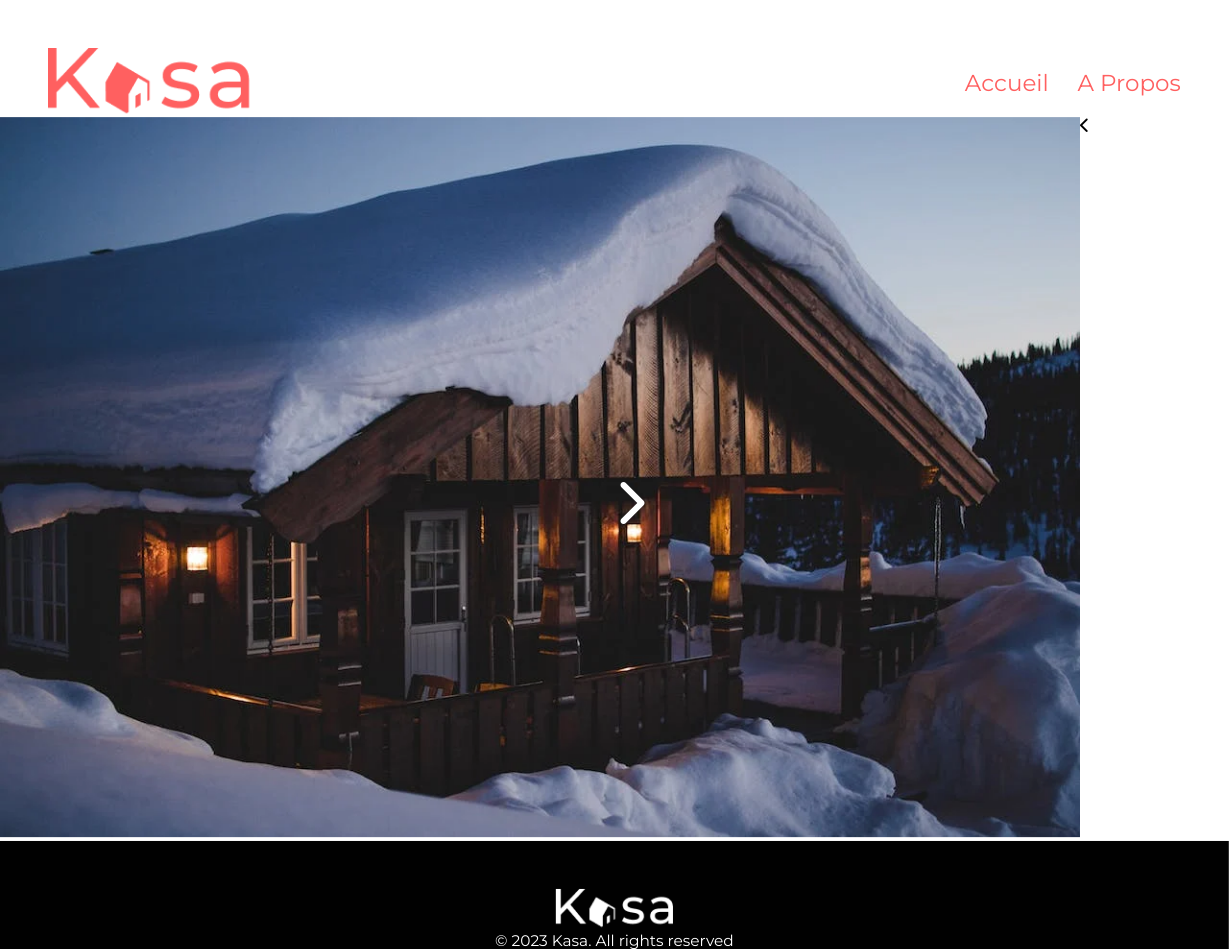
Repository: Ascaris29/Kasa_oc
Page: /essai (app in kasa_project/)
The author's editor kept a copy of each file at every save. The page is drawn from the files as they stood at one save, then again after a run of saves.
The browser window is 1280 px wide. The pictures show the whole page, at 96% of full size.
Some web libraries are served in a nearby version. The project was rebuilt for these pictures with package versions that can differ from the ones it lists, and the page was loaded fresh each time. Also part of the build but not shown: kasa_project/src/pages/homepage/Homepage.module.scss, kasa_project/src/pages/homepage/components/CardLogement.module.scss, kasa_project/src/pages/homepage/components/CardLogement.js, kasa_project/src/pages/homepage/Homepage.js, kasa_project/src/pages/404/404.module.scss, kasa_project/src/pages/404/404.js, kasa_project/src/pages/a_propos/APropos.module.scss, kasa_project/src/pages/a_propos/components/CardDescription.module.scss and 6 more.

Above is the page before, as saved 2023-03-16 16:02:07.

### kasa_project/public/index.html
<!DOCTYPE html>
<html lang="fr">
  <head>
    <meta charset="utf-8" />
    <link rel="icon" href="%PUBLIC_URL%/favicon.ico" />
    <meta name="viewport" content="width=device-width, initial-scale=1" />
    <meta name="theme-color" content="#000000" />
    <meta
      name="description"
      content="Web site created using create-react-app"
    />
    <link rel="apple-touch-icon" href="%PUBLIC_URL%/logo192.png" />
    <!--
      manifest.json provides metadata used when your web app is installed on a
      user's mobile device or desktop. See https://developers.google.com/web/fundamentals/web-app-manifest/
    -->

    <!----------------------------------------------------------- Fonts ----------------------------------------------------------------------->
    <link rel="preconnect" href="https://fonts.googleapis.com">
    <link rel="preconnect" href="https://fonts.gstatic.com" crossorigin>
    <link href="https://fonts.googleapis.com/css2?family=Montserrat:wght@400;500;600&family=Roboto&display=swap" rel="stylesheet">
    <!----------------------------------------------------------- Icons ----------------------------------------------------------------------->
    <script src="https://kit.fontawesome.com/e65359aae8.js" crossorigin="anonymous"></script>
    <!--
      Notice the use of %PUBLIC_URL% in the tags above.
      It will be replaced with the URL of the `public` folder during the build.
      Only files inside the `public` folder can be referenced from the HTML.

      Unlike "/favicon.ico" or "favicon.ico", "%PUBLIC_URL%/favicon.ico" will
      work correctly both with client-side routing and a non-root public URL.
      Learn how to configure a non-root public URL by running `npm run build`.
    -->
    <title>Kasa</title>
  </head>
  <body>
    <noscript>You need to enable JavaScript to run this app.</noscript>
    <div id="root"></div>
    <!--
      This HTML file is a template.
      If you open it directly in the browser, you will see an empty page.

      You can add webfonts, meta tags, or analytics to this file.
      The build step will place the bundled scripts into the <body> tag.

      To begin the development, run `npm start` or `yarn start`.
      To create a production bundle, use `npm run build` or `yarn build`.
    -->
  </body>
</html>

### kasa_project/src/index.js
import React from 'react';
import ReactDOM from 'react-dom/client';
import App from './App';
import reportWebVitals from './reportWebVitals';
import './assets/styles/index.scss';
import { RouterProvider } from 'react-router-dom';
import { router } from "./router";

const root = ReactDOM.createRoot(document.getElementById('root'));
root.render(
  <React.StrictMode>
    <RouterProvider router={router} />
  </React.StrictMode>
);

// If you want to start measuring performance in your app, pass a function
// to log results (for example: reportWebVitals(console.log))
// or send to an analytics endpoint. Learn more: https://bit.ly/CRA-vitals
reportWebVitals();

### kasa_project/src/App.js
import Header from "./components/header/Header";
import Footer from "./components/footer/Footer";
import style from "./App.module.scss";
import Homepage from "./pages/homepage/Homepage";
import { Outlet } from "react-router-dom";

function App() {
  return (
      <div className={`${style.app} d-flex flex-column`}>
        <Header />
          <Outlet />
        <Footer />
      </div>
  );
}

export default App;

### kasa_project/src/assets/styles/index.scss
@use './base';
@use './flex';
@use './mixins';
@use './utils';
@use './variables';

### kasa_project/src/router.js
import { createBrowserRouter } from 'react-router-dom';
import App from './App';
import Error404 from './pages/404/404';
import APropos from './pages/a_propos/APropos';
import Homepage from './pages/homepage/Homepage';
import Caroussel from './pages/logement/components/caroussel/Caroussel';
import FicheLogement from './pages/logement/FicheLogement';


export const router = createBrowserRouter([
    {
        path : "/",
        element : <App />,
        errorElement: <Error404 />,
        children : [
            {
                path : "/",
                element : <Homepage />
            } ,
            {
                path : "/homepage",
                element : <Homepage />
            },
            {
                path: "/apropos",
                element : <APropos />
            },
            {
                path: "/logement/:id",
                element : <FicheLogement />
            },
            {
                path: "/essai",
                element: <Caroussel />
            }
        ],
    }
])

### kasa_project/src/components/header/Header.js
import image from "../../assets/images/logo_header.png";
import style from "./Header.module.scss";
import { Link, NavLink } from "react-router-dom";

export default function Header(){
    return (
        <header className={`${style.header} d-flex justify-between align-center`}>
            <Link className={`${style.headerIcon}`} to="/homepage">
                <img src={image} alt="logo du site Kasa representant une maison"/>
            </Link>
            <div className={`${style.headerNav}`}>
                <ul className="d-flex">
                    <NavLink
                    className={`${style.headerItems} m-r-30`}
                    to="/homepage"
                    end
                    >
                    Accueil
                    </NavLink>
                    <NavLink
                    className={`${style.headerItems}`}
                    to="/apropos"
                    >
                    A Propos
                    </NavLink>
                </ul>
            </div>
        </header>
    )
}

### kasa_project/src/components/footer/Footer.js
import style from "./Footer.module.scss";
import image from "../../assets/images/logo_footer.png";

export default function Footer(){
    return (
        <footer className={`${style.footer} d-flex p-t-50 flex-column justify-center align-center`}>
            <div className={`${style.footerLogo} `}>
                <img src={image} alt="" />
            </div>
            <div className="footerText">
                <p>© 2023 Kasa. All rights reserved</p>
            </div>
        </footer>
    )
}

### kasa_project/src/App.module.scss
.app{
    min-height:100vh;
}

### kasa_project/src/assets/styles/_base.scss

*{
    box-sizing: border-box;
}

body{
    margin:0;
    padding:0;
    font-family: var(--montserrat);

}

p{
    margin:0;
}

li{
    list-style-type: none;

}

.link{
    color:var(--primary);
    font-size:18px;
}

.active{
    text-decoration:underline;
}

### kasa_project/src/assets/styles/_flex.scss
.d-flex{
    display: flex;
}

.flex-column{
    flex-direction : column;
}

.flex-row{
    flex-direction: row;
}

.justify-center{
    justify-content: center;
}

.align-center{
    align-items: center;
}

.flex-fill{
    flex : 1 1 auto;
}

.justify-between{
    justify-content: space-between;
}

### kasa_project/src/assets/styles/_mixins.scss
@mixin xs{
    @media (max-width:576px){
        @content;
    }
}

@mixin sm{
    @media (min-width : 577px) and (max-width : 768px){
        @content;
    }
}

@mixin sm-lt{
    @media (max-width : 768px){
        @content;
    }
}

@mixin md{
    @media (min-width : 769px) and (max-width : 992px){
        @content;
    }
}

@mixin md-lt{
    @media (max-width : 992px){
        @content;
    }
}

@mixin lg{
    @media (min-width : 993px) and (max-width : 1200px){
        @content;
    }
}

@mixin lg-lt{
    @media (max-width : 1200px){
        @content;
    }
}

@mixin xl{
    @media (min-width : 1201px){
        @content;
    }
}

### kasa_project/src/assets/styles/_utils.scss
/*------------------------------------ General ------------------------------*/
.container{
    max-width:1200px;
    margin: auto;
    width:100%;
}
.card{

}
.calc{
    position:fixed;
    top:0;
    left:0;
    width:100%;
    height:100vh;
}

/*------------------------------------ Padding ------------------------------*/
.p-5{
    padding: 5px;
}
.p-10{
    padding:10px;
}
.p-20{
   padding:20px;
}
.p-30{
    padding:30px;
}
.p-40{
    padding:40px;
}
.p-50{
    padding:50px;
}

.p-b-5{
   padding-bottom: 5px;
}
.p-b-10{
   padding-bottom: 10px;
}
.p-b-20{
    padding-bottom: 20px;
}
.p-b-30{
    padding-bottom: 30px;
}
.p-b-40{
    padding-bottom: 40px;
}
.p-b-50{
    padding-bottom: 50px;
}


.p-t-5{
    padding-top: 5px;
}
.p-t-10{
    padding-top: 10px;
}
.p-t-20{
     padding-top: 20px;
}
.p-t-30{
     padding-top: 30px;
}
.p-t-40{
    padding-top: 40px;
}
.p-t-50{
    padding-top: 50px;
}


.p-l-5{
    padding-left: 5px;
}
.p-l-10{
    padding-left: 10px;
}
.p-l-20{
     padding-left: 20px;
}
.p-l-30{
     padding-left: 30px;
}
.p-l-40{
    padding-left: 40px;
}
.p-l-50{
    padding-left: 50px;
}



.p-r-5{
    padding-right: 5px;
}
.p-r-10{
    padding-right: 10px;
}
.p-r-20{
     padding-right: 20px;
}
.p-r-30{
     padding-right: 30px;
}
.p-r-40{
    padding-right: 40px;
}
.p-r-50{
    padding-right: 50px;
}


/*------------------------------------------------ Margin -------------------------------------------*/

.m-auto{
    margin:auto;
}
.m-5{
    margin: 5px;
}
.m-10{
    margin:10px;
}
.m-20{
   margin:20px;
}
.m-30{
    margin:30px;
}
.m-40{
    margin:40px;
}
.m-50{
    margin:50px;
}



.m-b-5{
    margin-bottom: 5px;
}
.m-b-10{
    margin-bottom: 10px;
}
.m-b-20{
    margin-bottom: 20px;
}
.m-b-30{
    margin-bottom: 30px;
}
.m-b-40{
    margin-bottom: 40px;
}
.m-b-50{
    margin-bottom: 50px;
}



.m-t-5{
    margin-top: 5px;
}
.m-t-10{
    margin-top: 10px;
}
.m-t-20{
     margin-top: 20px;
}
.m-t-30{
     margin-top: 30px;
}
.m-t-40{
    margin-top: 40px;
}
.m-t-50{
    margin-top: 50px;
}




.m-l-5{
    margin-left: 5px;
}
.m-l-10{
    margin-left: 10px;
}
.m-l-20{
     margin-left: 20px;
}
.m-l-30{
     margin-left: 30px;
}
.m-l-40{
    margin-left: 40px;
}
.m-l-50{
    margin-left: 50px;
}




.m-r-5{
    margin-right: 5px;
}
.m-r-10{
    margin-right: 10px;
}
.m-r-20{
     margin-right: 20px;
}
.m-r-30{
     margin-right: 30px;
}
.m-r-40{
    margin-right: 40px;
}
.m-r-50{
    margin-right: 50px;
}

### kasa_project/src/assets/styles/_variables.scss

/*----------------------------------------------------------------------------Color-----------------------------------------------------------------*/

:root{
    --primary: #FF6060;
    --grey1:#F6F6F6;
    --grey2: #E3E3E3;
    --grey3:#C4C4C4;
    --black: #010101;
    /*----------------------------------------------------------------------------Font-----------------------------------------------------------------*/
    --montserrat : 'Montserrat', sans-serif;
    --radius:25px;
}

### kasa_project/src/pages/logement/components/caroussel/Caroussel.js
import { useState } from "react";
import style from "./Caroussel.module.scss";

import img1 from "../../../../assets/images/pexels-photo-950058.webp";
import img2 from "../../../../assets/images/pexels-photo-1013427.jpeg";
import img3 from "../../../../assets/images/pexels-photo-1612351.jpeg";

export default function Caroussel(){

    //importer les images de l'api
    const arrayImage = [
        img1,
        img2,
        img3
    ];

    const [index, setIndex] = useState(0);

    //console.log(arrayImage);
    function handleClickCarousselPrev(){
        if(index > 0 && index < arrayImage.length){
            let i = index - 1;
            setIndex(i);
        }else{
            setIndex(arrayImage.length -1);
        }
    }

    function handleClickCarousselAfter(){
        if(index < arrayImage.length){
            let i = index + 1;
            setIndex(i);
        };
    }

    //a voir avec julien
    if(index === arrayImage.length){
        setIndex(0)
    }

    return (
        <div className={`${style.caroussel}`}>
            { arrayImage.map((item, i) =>
                i === index && ( <img src={item} alt="" className={`${style.carousselImage}`}/> )
            )}
            <i className={`${style.chevronLeft} fa-solid fa-chevron-left`} onClick={handleClickCarousselPrev}></i>
            <i className={`${style.chevronRight} fa-solid fa-chevron-right`} onClick={handleClickCarousselAfter}></i>
        </div>
    )



}

### kasa_project/src/components/header/Header.module.scss
@use "../../assets/styles/mixins" as mixin;

.header{
    max-width:1240px;
    margin:auto;
    width:100%;
    padding:50px 30px 0 30px;
    .headerIcon{
        img{
            width:210px;
            height:68px;
            @include mixin.sm-lt{
                width:145px;
                height:47px;
            }
            @include mixin.xs{
                width:99px;
                height:35px;
            }
        }
    }

}
/*sorti de la classe header car sinon je ne peux pas mettre de classe active dessus*/
.headerItems{
    color:var(--primary);
    text-decoration:none;
    cursor:pointer;
    font-size:24px;
    @include mixin.sm-lt{
        font-size:20px;
    }
    @include mixin.xs{
        font-size:15px;
    }
}

### kasa_project/src/components/footer/Footer.module.scss
.footer{
    background-color:var(--black);
    color:white;
    .footerLogo{
        img{
            width:122px;
            height:40px;
        }
    }
}

### kasa_project/src/pages/logement/components/caroussel/Caroussel.module.scss
.caroussel{

    position:relative;
    width:100%;
    .carousselImage{


    }
    .chevronRight{
        position:absolute;
        top:50%;
        left:50%;
        font-size:50px;
        color:white;
    }
    .chevronLeft{
        position:absolute;
    }
}

Loaded but not shown: kasa_project/src/reportWebVitals.js (common file)

After the next 3 saves:
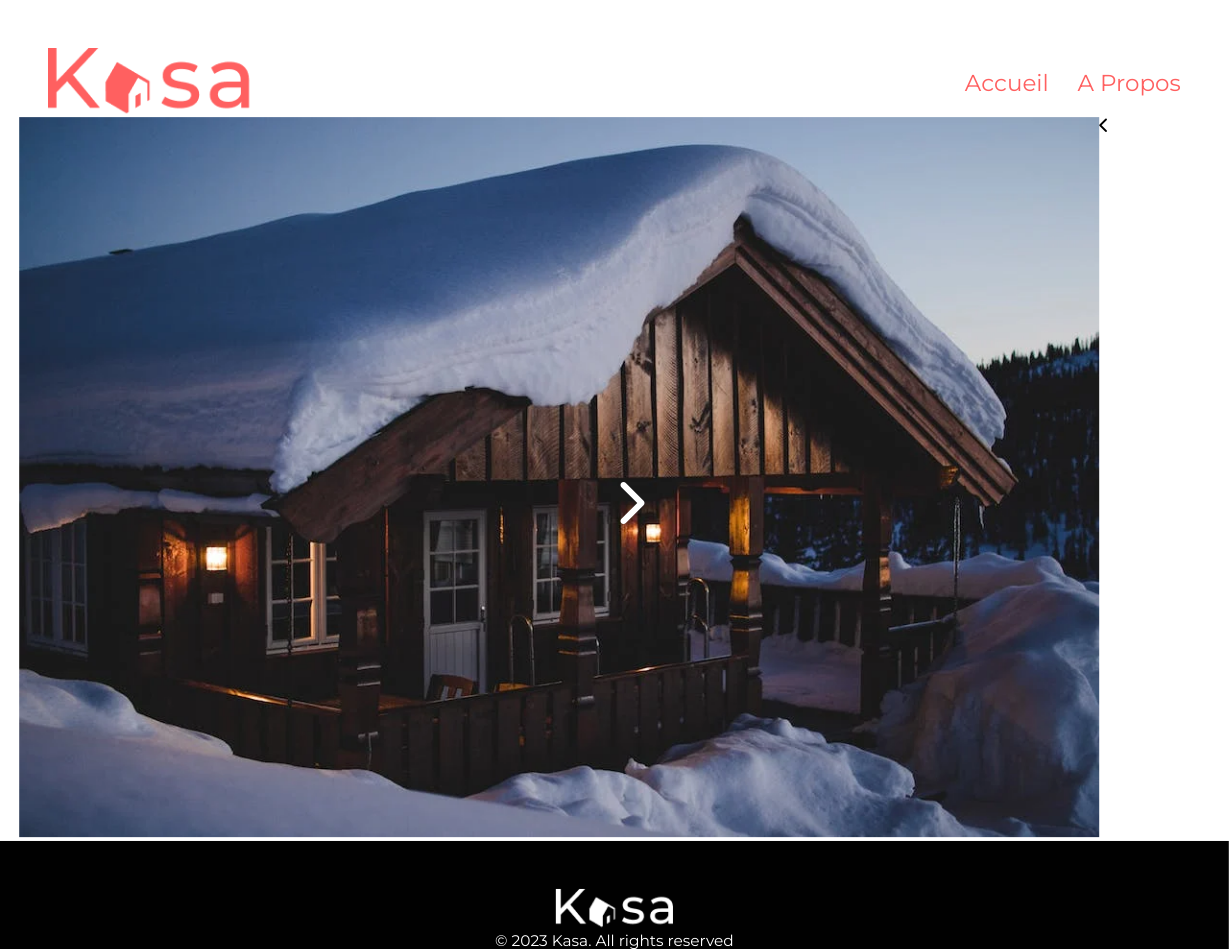
The 3 saves are shown as one change because they came seconds apart.
The last was saved 15 s later.
--- a/kasa_project/src/pages/logement/components/caroussel/Caroussel.module.scss
+++ b/kasa_project/src/pages/logement/components/caroussel/Caroussel.module.scss
@@ -1,5 +1,6 @@
 .caroussel{
-
+    max-width:1240px;
+    margin:auto;
     position:relative;
     width:100%;
     .carousselImage{
